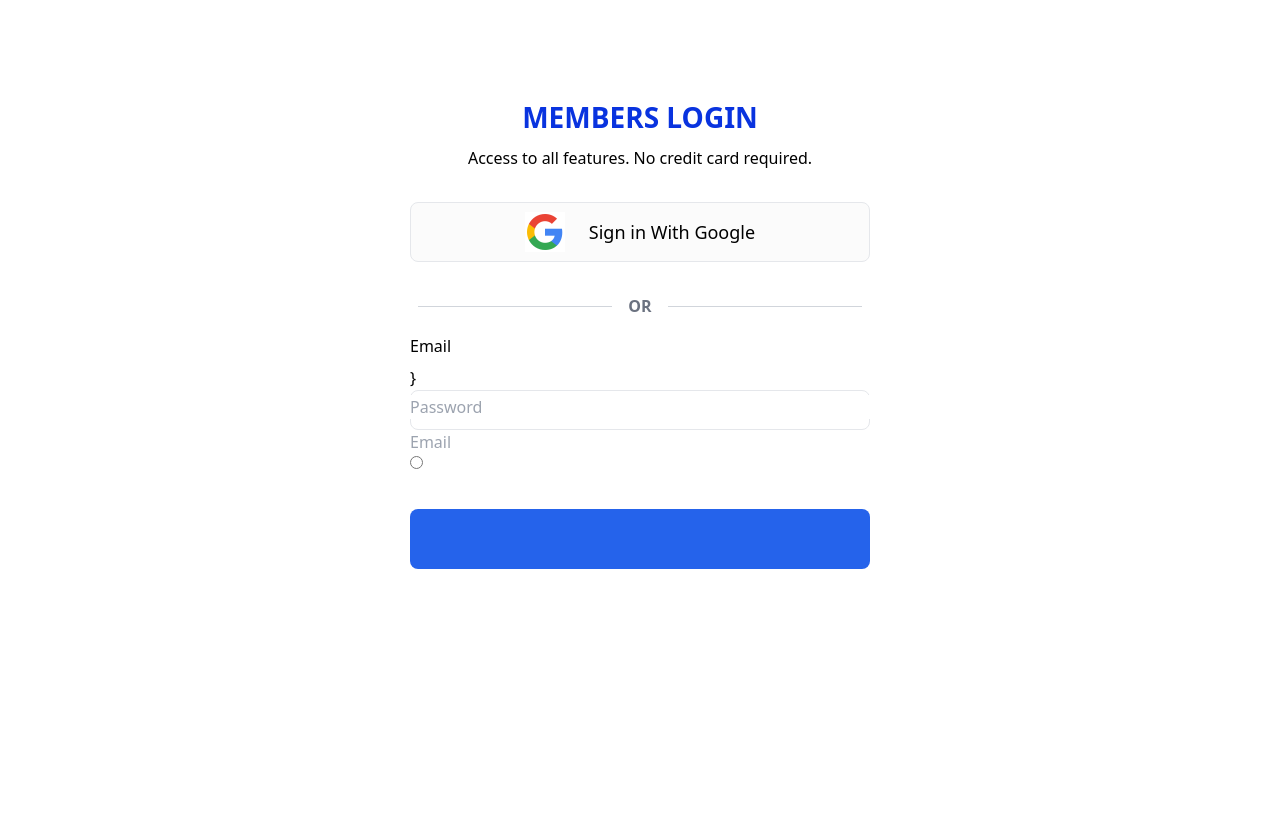
Repository: MaramMaryam/login
Page: login.html
An editor plug-in stored every save of this project. The page is shown before and after the next save, followed by the edit.
The browser window is 1280 px wide. The pictures show the whole page.
Some web libraries are served in a nearby version.

Above is the page before, as saved 2023-06-29 11:41:28.

After the next save:
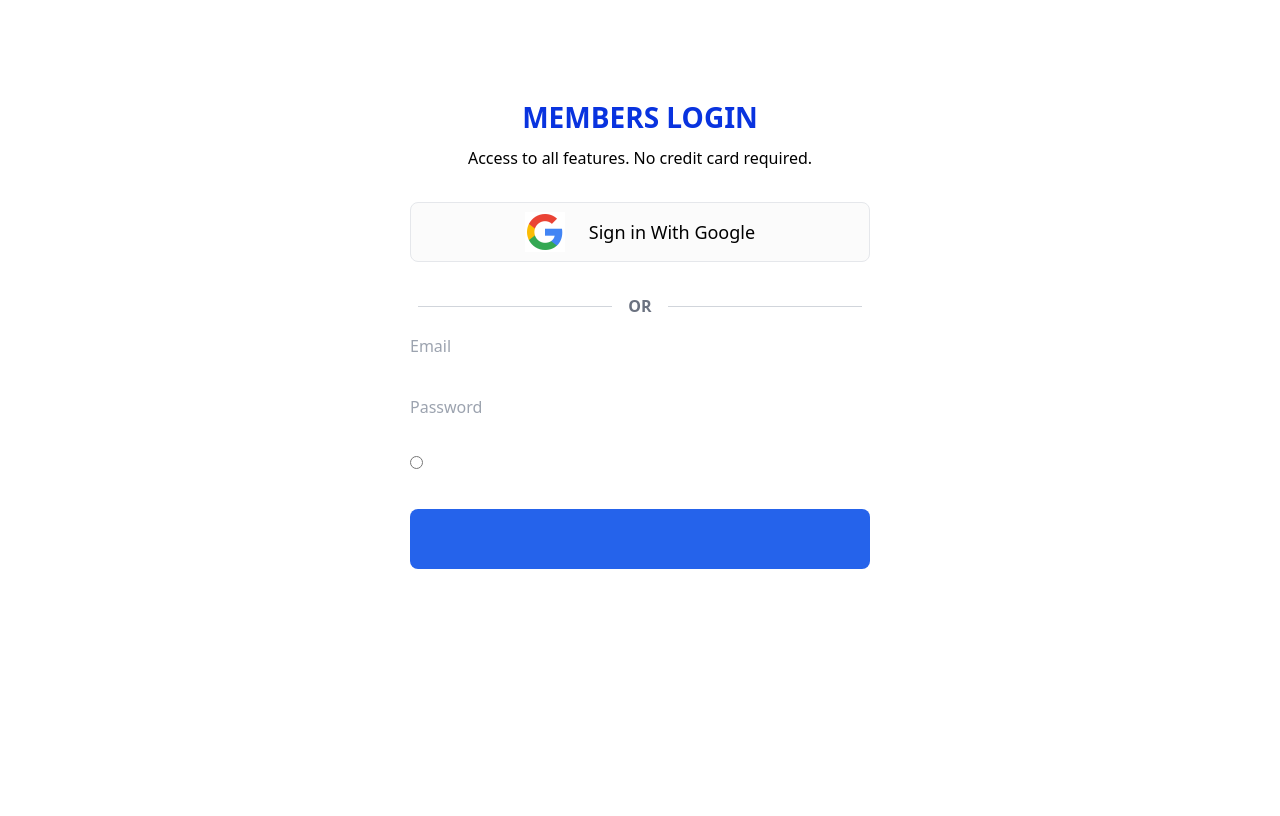
Saved 5 s later.
--- a/login.html
+++ b/login.html
@@ -42,17 +42,7 @@
         </div>
         <form class="w-full">
             <div class="h-[45px] my-4">
-                <div class="flex flex-col">
-                    <label class="mb-2">Email</label>}
-                    <div
-                        class="flex bg-white items-center border border-alto-main rounded-[8px]"
-                    >
-                        <input
-                            class="bg-transparent border-none w-full h-full p-2 outline-none"
 
-                        />
-                    </div>
-                </div>
                 <input type="email" class="w-full" placeholder="Email">
             </div>
             <div class="h-[45px] my-4">
